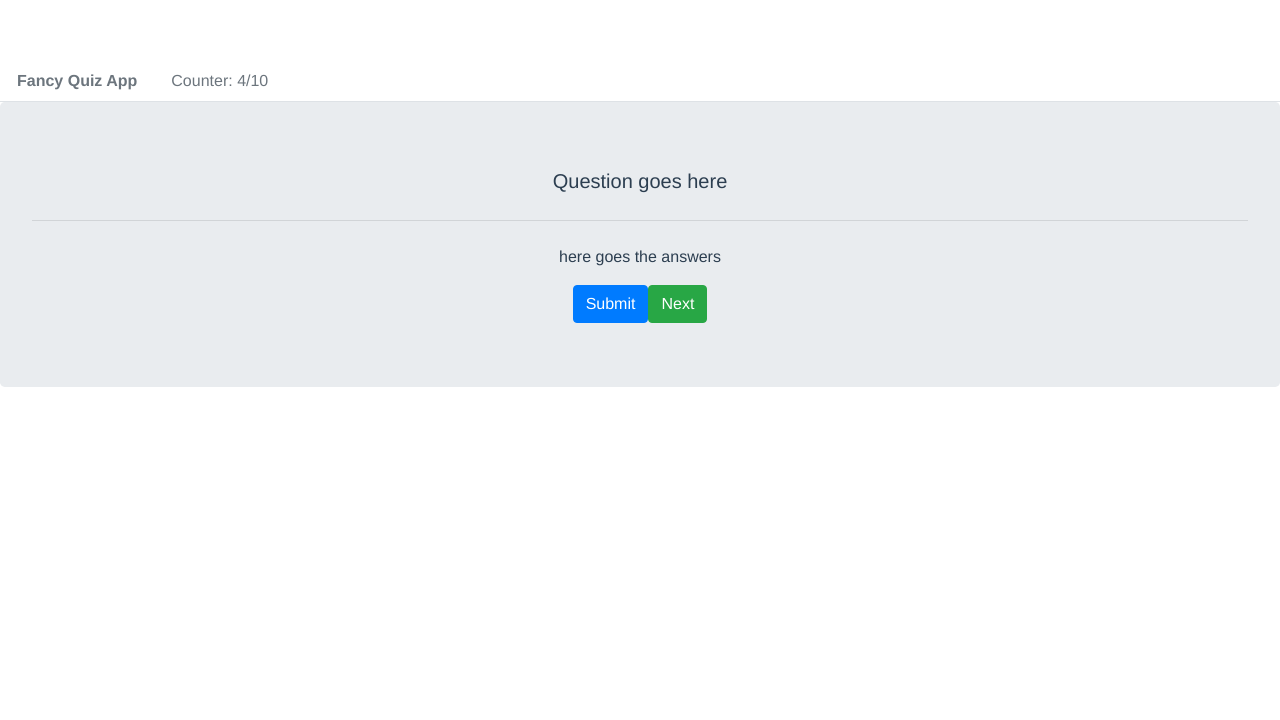
Repository: cacm96/Quiz
Page: /
An editor plug-in stored every save of this project. The page is shown before and after the next save, followed by the edit.
The browser window is 1280 px wide. The pictures show the whole page.
The project was rebuilt for these pictures with package versions that can differ from the ones it lists, and the page was loaded fresh each time.

Above is the page before, as saved 2021-04-26 10:45:04.

After the next save:
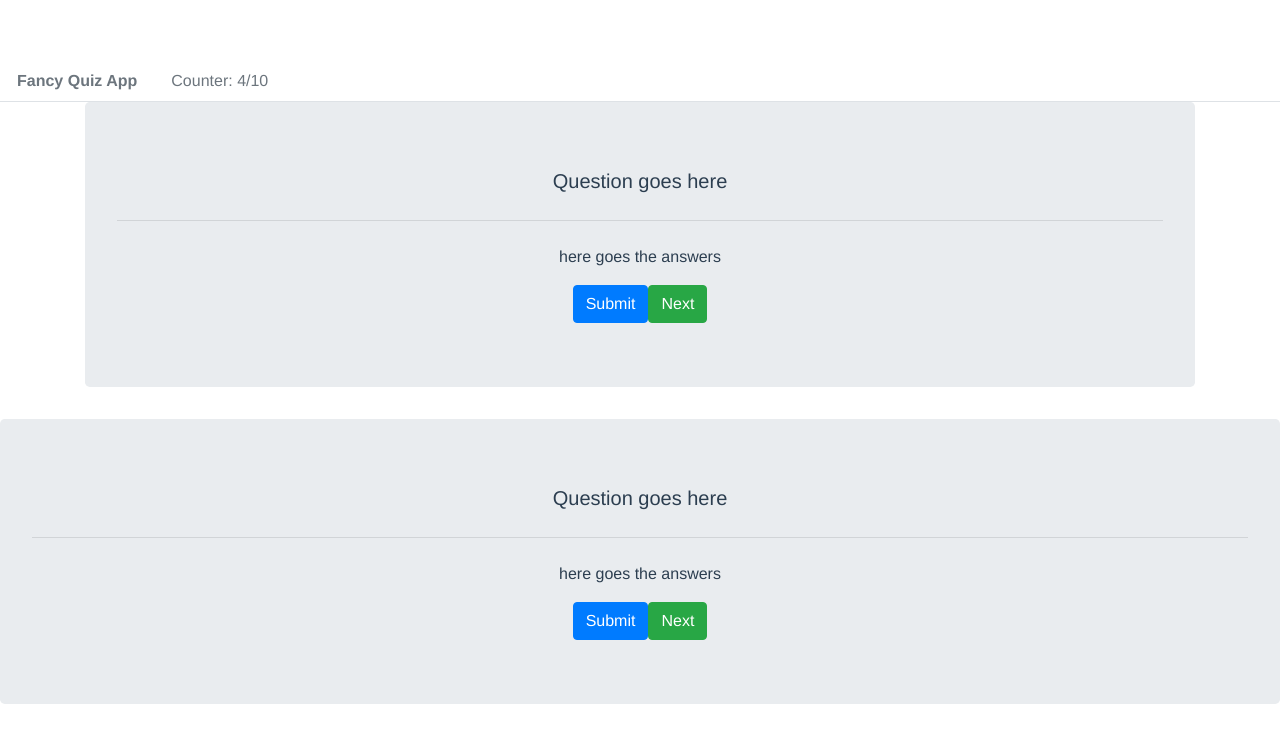
Saved 101 s later.
--- a/src/App.vue
+++ b/src/App.vue
@@ -1,6 +1,11 @@
 <template>
   <div id="app">
     <Header />
+    <b-container class="bv-example-row">
+      <b-row>
+        <b-col><QuestionBox /></b-col>
+      </b-row>
+    </b-container>
     <QuestionBox />
   </div>
 </template>
